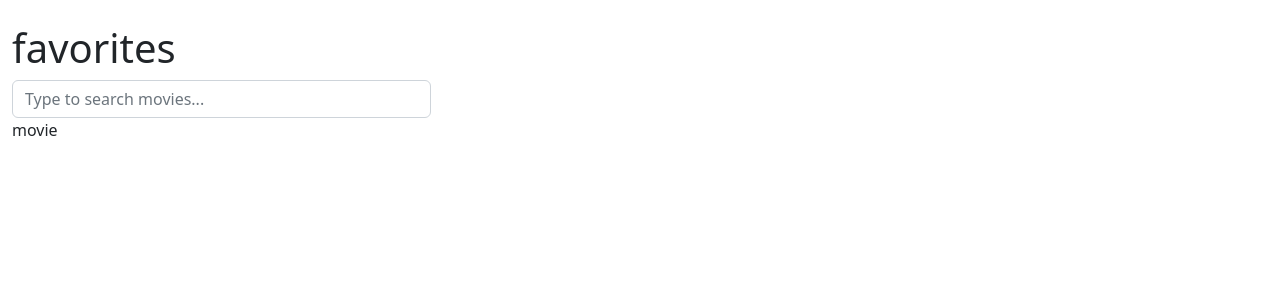
Repository: sandeepreddyvitta/react
Page: / (app in movieapp/)
These files come from the project's save history. The page is drawn as it stood at one moment and after a run of saves; the edit follows.
The browser window is 1280 px wide. The pictures show the whole page.
The page's requests for data from a server got no answer. The project was rebuilt for these pictures with package versions that can differ from the ones it lists, and the page was loaded fresh each time. No one was signed in, and anything a server would have sent is missing.

Above is the page before, as saved 2022-12-13 11:41:23.

After the next 2 saves:
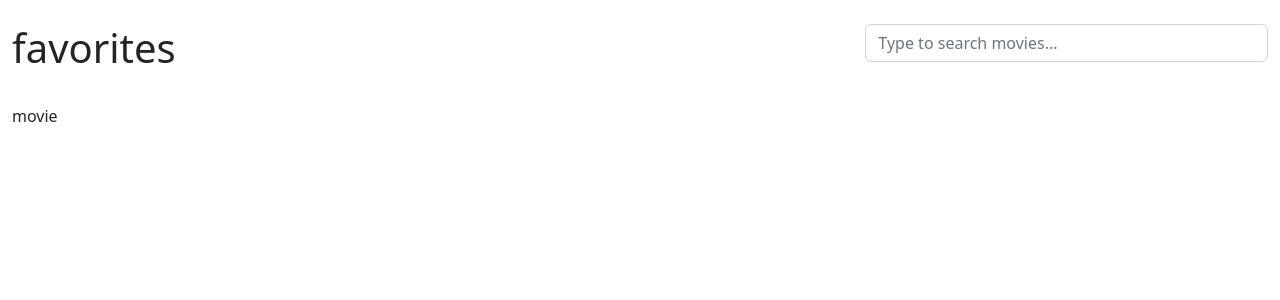
The 2 saves are shown as one change because 1 did not build or start.
The last was saved 34 s later.
--- a/movieapp/src/App.js
+++ b/movieapp/src/App.js
@@ -16,13 +16,11 @@ function App() {
   return (
     <div className='container-fluid movie-app'>
       <div className='row d-flex align-item-center mt-4 mb-4'>
-        <div className='container'>
-          <MovieListHead heading="favorites" />
-          <SearchBar searchValue={searchValue} setSearchValue={setSearchValue} />
-        </div>
-        <div className='row'>
-          <MovieList movies={movies} />
-        </div>
+        <MovieListHead heading="favorites" />
+        <SearchBar searchValue={searchValue} setSearchValue={setSearchValue} />
+      </div>
+      <div className='row'>
+        <MovieList movies={movies} />
       </div>
     </div>
   );
